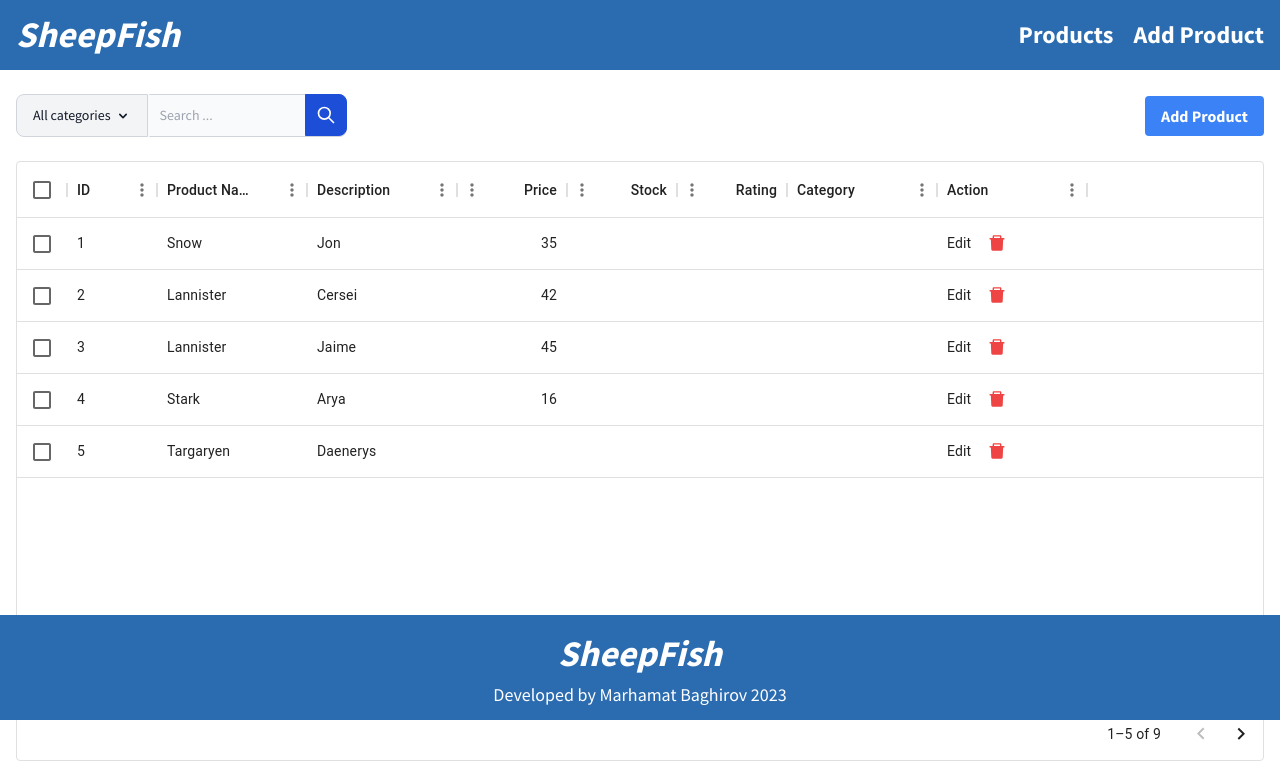
Repository: Marhamat92/sheep-fish-task
Page: /
These files come from the project's save history. The page is drawn as it stood at one moment and after the next save; the edit follows.
The browser window is 1280 px wide. The pictures show the whole page.
The project was rebuilt for these pictures with package versions that can differ from the ones it lists, and the page was loaded fresh each time. Also part of the build but not shown: src/App.css.

Above is the page before, as saved 2023-03-28 19:23:24.

### public/index.html
<!DOCTYPE html>
<html lang="en">

<head>
  <meta charset="utf-8" />
  <link rel="icon" href="%PUBLIC_URL%/favicon.ico" />
  <meta name="viewport" content="width=device-width, initial-scale=1" />
  <meta name="theme-color" content="#000000" />
  <meta name="description" content="Web site created using create-react-app" />
  <link rel="apple-touch-icon" href="%PUBLIC_URL%/logo192.png" />
  <link rel="preconnect" href="https://fonts.googleapis.com">
  <link rel="preconnect" href="https://fonts.gstatic.com" crossorigin>
  <link href="https://fonts.googleapis.com/css2?family=Source+Sans+Pro:wght@200;300;400;600;700;900&display=swap"
    rel="stylesheet">
  <!--
      manifest.json provides metadata used when your web app is installed on a
      user's mobile device or desktop. See https://developers.google.com/web/fundamentals/web-app-manifest/
    -->
  <link rel="manifest" href="%PUBLIC_URL%/manifest.json" />
  <!--
      Notice the use of %PUBLIC_URL% in the tags above.
      It will be replaced with the URL of the `public` folder during the build.
      Only files inside the `public` folder can be referenced from the HTML.

      Unlike "/favicon.ico" or "favicon.ico", "%PUBLIC_URL%/favicon.ico" will
      work correctly both with client-side routing and a non-root public URL.
      Learn how to configure a non-root public URL by running `npm run build`.
    -->
  <title>SheepFish</title>
</head>

<body>
  <noscript>You need to enable JavaScript to run this app.</noscript>
  <div id="root"></div>
  <!--
      This HTML file is a template.
      If you open it directly in the browser, you will see an empty page.

      You can add webfonts, meta tags, or analytics to this file.
      The build step will place the bundled scripts into the <body> tag.

      To begin the development, run `npm start` or `yarn start`.
      To create a production bundle, use `npm run build` or `yarn build`.
    -->
</body>

</html>

### src/index.css
@tailwind base;
@tailwind components;
@tailwind utilities;


body {
  font-family: 'Source Sans Pro', sans-serif;
}

code {
  font-family: 'Source Sans Pro', sans-serif;
}

### src/App.tsx
import React from "react";
import logo from "./logo.svg";
import "./App.css";
import Header from "./components/Header";
import Layout from "./Layout/Layout";
import BaseRouter from "./routes";

function App() {
  return (
    <div>
      <Layout>
        <BaseRouter />
      </Layout>
    </div>
  );
}

export default App;

### src/Layout/Layout.tsx
import React from "react";
import Header from "../components/Header";
import Footer from "../components/Footer";

type Props = {
  children: React.ReactNode;
};

const Layout = ({ children }: Props) => {
  return (
    <div>
      <Header />
      {children}
      <Footer />
    </div>
  );
};

export default Layout;

### src/routes.js
import { Route, Routes } from "react-router-dom";
import React from "react";
import ProductList from "./pages/Products/ProductList";
import AddProduct from "./pages/Products/AddProduct";

const BaseRouter = () => (
  <Routes>
    <Route exact path="/" element={
      <ProductList />
    } />
    <Route exact path="/products"
      element={
        <ProductList />
      }
    />
    <Route exact path="/products/add" element={
      <AddProduct />
    } />
  </Routes>
);

export default BaseRouter;

### src/components/Header.tsx
import React, { useEffect, useState } from "react";
import { Link } from "react-router-dom";
import { BiMenu } from "react-icons/bi";

type Props = {};

const Header = (props: Props) => {
  const [mobileMenu, setMobileMenu] = useState(false);
  const [showMobileMenu, setShowMobileMenu] = useState(false);

  const checkScreenSize = () => {
    if (window.innerWidth <= 768) {
      setMobileMenu(true);
    } else {
      setMobileMenu(false);
      setShowMobileMenu(false);
    }
  };

  useEffect(() => {
    checkScreenSize();
    window.addEventListener("resize", checkScreenSize);
    return () => {
      window.removeEventListener("resize", checkScreenSize);
    };
  }, [mobileMenu]);

  return (
    <div className=' bg-mainPrimary '>
      <div className='container flex flex-row justify-between items-center py-2'>
        <div>
          <h1
            className='
            text-4xl font-bold text-white italic
          '
          >
            SheepFish
          </h1>
        </div>
        {mobileMenu ? (
          <BiMenu
            onClick={() => {
              setShowMobileMenu(true);
            }}
            className='text-3xl text-white'
          />
        ) : (
          <div className='flex flex-row justify-between space-x-5'>
            <Link to='/products'>
              <div
                className='text-2xl font-bold text-white hover:underline transition-all duration-300
          cursor-pointer'
              >
                Products
              </div>
            </Link>
            <Link to='/products/add'>
              <div className='text-2xl font-bold text-white hover:underline transition-all duration-300 cursor-pointer'>
                Add Product
              </div>
            </Link>
          </div>
        )}
        {showMobileMenu && (
          <div className='bg-mainTertiary h-screen absolute top-0 left-0 right-0 '>
            <div className='flex flex-col justify-center items-center'>
              <div className='text-2xl font-bold text-white hover:underline transition-all duration-300 cursor-pointer'>
                Products
              </div>
              <div className='text-2xl font-bold text-white hover:underline transition-all duration-300 cursor-pointer'>
                Add Product
              </div>
            </div>
          </div>
        )}
      </div>
    </div>
  );
};

export default Header;

### src/components/Footer.tsx
import React from "react";

type Props = {};

const Footer = ({}: Props) => {
  return (
    <div className='bg-mainPrimary py-3 absolute bottom-0 w-full'>
      <div className='container mx-auto flex flex-col items-center justify-center'>
        <h1 className='text-4xl font-bold text-white italic text-center'>
          SheepFish
        </h1>
        <p className='text-white font-regular text-lg text-center'>
          Developed by Marhamat Baghirov {new Date().getFullYear()}
        </p>
      </div>
    </div>
  );
};

export default Footer;

### src/pages/Products/ProductList.tsx
import React from "react";
import SearchField from "../../components/SearchField";
import ListTable from "../../components/ListTable";

type Props = {};

function ProductList({}: Props) {
  const rows = [
    { id: 1, name: "Snow", description: "Jon", price: 35 },
    { id: 2, name: "Lannister", description: "Cersei", price: 42 },
    { id: 3, name: "Lannister", description: "Jaime", price: 45 },
    { id: 4, name: "Stark", description: "Arya", price: 16 },
    { id: 5, name: "Targaryen", description: "Daenerys", price: null },
    { id: 6, name: "Melisandre", description: null, price: 150 },
    { id: 7, name: "Clifford", description: "Ferrara", price: 44 },
    { id: 8, name: "Frances", description: "Rossini", price: 36 },
    { id: 9, name: "Roxie", description: "Harvey", price: 65 },
  ];

  return (
    <div className='container mt-6'>
      <div className='flex justify-between items-center'>
        <div>
          <SearchField />
        </div>
        <div>
          <button className='bg-blue-500 hover:bg-blue-700 text-white font-bold py-2 px-4 rounded'>
            Add Product
          </button>
        </div>
      </div>
      <div className='mt-6'>
        <ListTable dataRows={rows} />
      </div>
    </div>
  );
}

export default ProductList;

### src/components/SearchField.tsx
import React from "react";

type Props = {};

const SearchField = (props: Props) => {
  return (
    <form className=''>
      <div className='flex'>
        <label
          htmlFor='search-dropdown'
          className='mb-2 text-sm font-medium text-gray-900 sr-only dark:text-white'
        >
          Your Email
        </label>
        <button
          id='dropdown-button'
          data-dropdown-toggle='dropdown'
          className='flex-shrink-0 z-10 inline-flex items-center py-2.5 px-4 text-sm font-medium text-center text-gray-900 bg-gray-100 border border-gray-300 rounded-l-lg hover:bg-gray-200 focus:ring-4 focus:outline-none focus:ring-gray-100 dark:bg-gray-700 dark:hover:bg-gray-600 dark:focus:ring-gray-700 dark:text-white dark:border-gray-600'
          type='button'
          onClick={() => {
            document.getElementById("dropdown")?.classList.toggle("hidden");

            document
              .getElementById("dropdown-button")
              ?.classList.toggle("h-10");
          }}
        >
          All categories{" "}
          <svg
            aria-hidden='true'
            className='w-4 h-4 ml-1'
            fill='currentColor'
            viewBox='0 0 20 20'
            xmlns='http://www.w3.org/2000/svg'
          >
            <path
              fillRule='evenodd'
              d='M5.293 7.293a1 1 0 011.414 0L10 10.586l3.293-3.293a1 1 0 111.414 1.414l-4 4a1 1 0 01-1.414 0l-4-4a1 1 0 010-1.414z'
              clipRule='evenodd'
            ></path>
          </svg>
        </button>
        <div
          id='dropdown'
          className='z-10 fixed hidden bg-white divide-y divide-gray-100 rounded-lg shadow w-44 dark:bg-gray-700'
        >
          <ul
            className='py-2 text-sm text-gray-700 dark:text-gray-200'
            aria-labelledby='dropdown-button'
          >
            <li>
              <button
                type='button'
                className='inline-flex w-full px-4 py-2 hover:bg-gray-100 dark:hover:bg-gray-600 dark:hover:text-white'
              >
                Mockups
              </button>
            </li>
            <li>
              <button
                type='button'
                className='inline-flex w-full px-4 py-2 hover:bg-gray-100 dark:hover:bg-gray-600 dark:hover:text-white'
              >
                Templates
              </button>
            </li>
            <li>
              <button
                type='button'
                className='inline-flex w-full px-4 py-2 hover:bg-gray-100 dark:hover:bg-gray-600 dark:hover:text-white'
              >
                Design
              </button>
            </li>
            <li>
              <button
                type='button'
                className='inline-flex w-full px-4 py-2 hover:bg-gray-100 dark:hover:bg-gray-600 dark:hover:text-white'
              >
                Logos
              </button>
            </li>
          </ul>
        </div>
        <div className='relative w-full'>
          <input
            type='search'
            id='search-dropdown'
            className='block p-2.5 w-full z-20 text-sm text-gray-900 bg-gray-50 rounded-r-lg border-l-gray-50 border-l-2 border border-gray-300    dark:placeholder-gray-400 dark:text-white  focus:ring-transparent first-letter:
            focus:ring-4 focus:outline-none focus:ring-blue-300 dark:bg-gray-600
            '
            placeholder='Search ...'
            required
          />
          <button
            type='submit'
            className='absolute top-0 right-0 p-2.5 text-sm font-medium text-white bg-blue-700 rounded-r-lg border border-blue-700 hover:bg-blue-800 focus:ring-4 focus:outline-none focus:ring-blue-300 dark:bg-blue-600 dark:hover:bg-blue-700 dark:focus:ring-blue-800'
          >
            <svg
              aria-hidden='true'
              className='w-5 h-5'
              fill='none'
              stroke='currentColor'
              viewBox='0 0 24 24'
              xmlns='http://www.w3.org/2000/svg'
            >
              <path
                strokeLinecap='round'
                strokeLinejoin='round'
                strokeWidth='2'
                d='M21 21l-6-6m2-5a7 7 0 11-14 0 7 7 0 0114 0z'
              ></path>
            </svg>
            <span className='sr-only'>Search</span>
          </button>
        </div>
      </div>
    </form>
  );
};

export default SearchField;

### src/components/ListTable.tsx
import React from "react";
import Box from "@mui/material/Box";
import { DataGrid, GridColDef, GridValueGetterParams } from "@mui/x-data-grid";
import { Link } from "react-router-dom";
import { AiFillDelete } from "react-icons/ai";

type Props = {
  dataRows: any;
};

const ListTable = ({ dataRows }: Props) => {
  const columns: GridColDef[] = [
    { field: "id", headerName: "ID", width: 90 },
    {
      field: "name",
      headerName: "Product Name",
      width: 150,
      editable: true,
    },
    {
      field: "description",
      headerName: "Description",
      width: 150,
      editable: true,
    },
    {
      field: "price",
      headerName: "Price",
      type: "number",
      width: 110,
      editable: true,
    },
    {
      field: "stock",
      headerName: "Stock",
      type: "number",
      width: 110,
      editable: true,
    },
    {
      field: "rating",
      headerName: "Rating",
      type: "number",
      width: 110,
      editable: true,
    },
    {
      field: "category",
      headerName: "Category",
      width: 150,
      editable: true,
    },

    {
      field: "action",
      headerName: "Action",
      width: 150,
      renderCell: (params) => {
        return (
          <div className='flex flex-row items-center'>
            <Link to={"/product/" + params.row.id}>
              <button className='productListEdit'>Edit</button>
            </Link>
            <AiFillDelete
              onClick={() => {
                removeProduct(params.row.id);
              }}
              className='text-xl text-red-500 cursor-pointer ml-4'
            />
          </div>
        );
      },
    },
  ];

  const removeProduct = (id: any) => {
    console.log(id);
  };

  return (
    <Box sx={{ height: 600, width: "100%" }}>
      <DataGrid
        rows={dataRows}
        columns={columns}
        initialState={{
          pagination: {
            paginationModel: {
              pageSize: 5,
            },
          },
        }}
        pageSizeOptions={[5]}
        checkboxSelection
        disableRowSelectionOnClick
      />
    </Box>
  );
};

export default ListTable;

### tailwind.config.js
/** @type {import('tailwindcss').Config} */
module.exports = {
  content: ["./src/**/*.{js,jsx,ts,tsx}",],
  theme: {
    extend: {
      colors: {
        "textPrimary": "#1a202c",
        "textSecondary": "#2d3748",
        "textTertiary": "#4a5568",
        "mainPrimary": "#2b6cb0",
        "mainSecondary": "#4299e1",
        "mainTertiary": "#63b3ed",
        "success": "#48bb78",
        "danger": "#e53e3e",
        "warning": "#dd6b20",
        "info": "#3182ce",
        "light": "#f7fafc",
        "dark": "#1a202c",
        "white": "#fff",
        "black": "#000",
        //close this
      },
      fontFamily: {
        sans: ["Roboto", "sans-serif"],
      },
      fontSize: {
        "xs": ".75rem",
        "sm": ".875rem",
        "tiny": ".875rem",
        "base": "1rem",
        "lg": "1.125rem",
        "xl": "1.25rem",
        "2xl": "1.5rem",
        "3xl": "1.875rem",
        "4xl": "2.25rem",
        "5xl": "3rem",
        "6xl": "4rem",
        "7xl": "5rem",
        "8xl": "6rem",
        "9xl": "7rem",
        "10xl": "8rem",
      },
      spacing: {
        "0": "0",
        "1": "0.25rem",
        "2": "0.5rem",
        "3": "0.75rem",
        "4": "1rem",
        "5": "1.25rem",
        "6": "1.5rem",
        "8": "2rem",
      },
      boxShadow: {
        "xs": "0 0 0 1px rgba(0, 0, 0, 0.05)",
        "sm": "0 1px 2px 0 rgba(0, 0, 0, 0.05)",
        "default": "0 1px 3px 0 rgba(0, 0, 0, 0.1), 0 1px 2px 0 rgba(0, 0, 0, 0.06)",
        "md": "0 4px 6px -1px rgba(0, 0, 0, 0.1), 0 2px 4px -1px rgba(0, 0, 0, 0.06)",
        "lg": "0 10px 15px -3px rgba(0, 0, 0, 0.1), 0 4px 6px -2px rgba(0, 0, 0, 0.05)",
        "xl": "0 20px 25px -5px rgba(0, 0, 0, 0.1), 0 10px 10px -5px rgba(0, 0, 0, 0.04)",
        "2xl": "0 25px 50px -12px rgba(0, 0, 0, 0.25)",
      },
      screens: {
        "xs": "320px",
        "sm": "640px",
        "md": "768px",
        "lg": "1024px",
        "xl": "1280px",
        "2xl": "1536px",
      },

      container: {
        center: true,
        padding: "1rem",
      },

    },
    plugins: [




    ],
  }
}

Loaded but not shown: src/index.tsx (common file); src/reportWebVitals.ts (common file); src/pages/Products/AddProduct.tsx (no stored copy; drawn as an empty file)

After the next save:
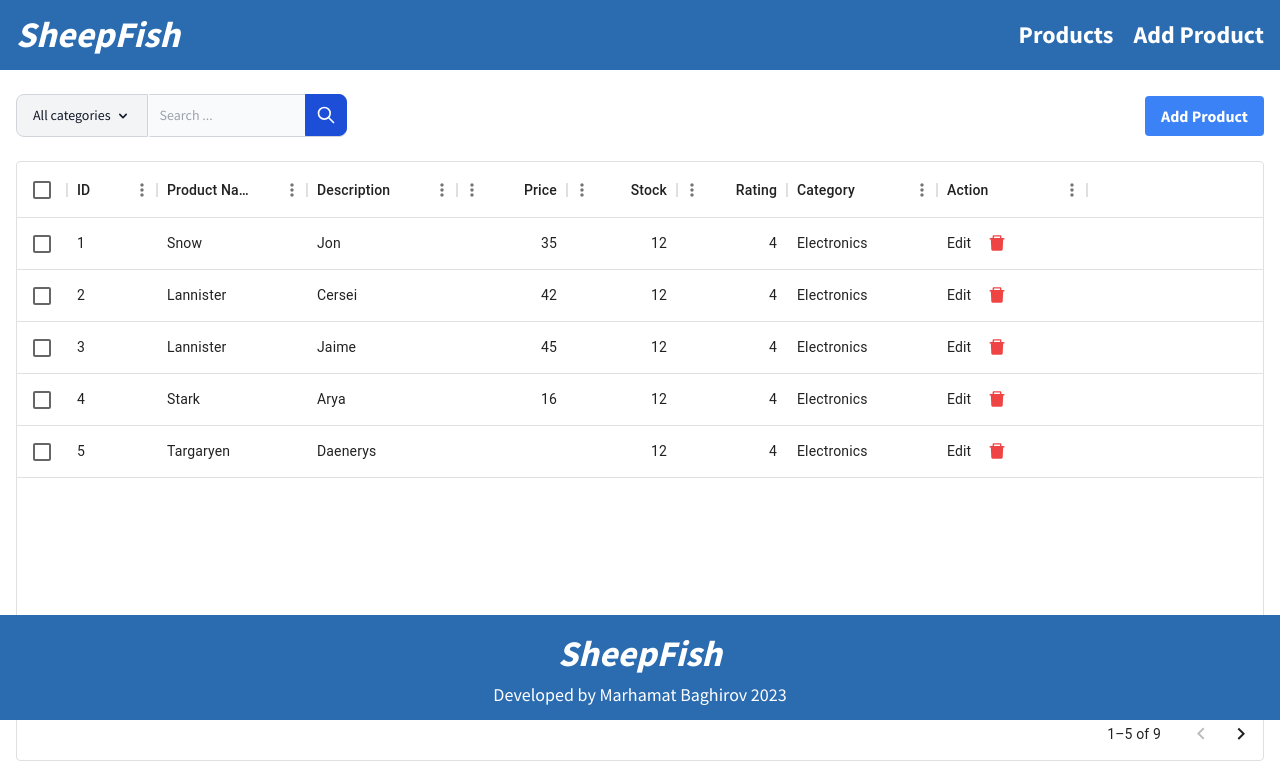
Saved 74 s later.
--- a/src/pages/Products/ProductList.tsx
+++ b/src/pages/Products/ProductList.tsx
@@ -6,15 +6,87 @@
 
 function ProductList({}: Props) {
   const rows = [
-    { id: 1, name: "Snow", description: "Jon", price: 35 },
-    { id: 2, name: "Lannister", description: "Cersei", price: 42 },
-    { id: 3, name: "Lannister", description: "Jaime", price: 45 },
-    { id: 4, name: "Stark", description: "Arya", price: 16 },
-    { id: 5, name: "Targaryen", description: "Daenerys", price: null },
-    { id: 6, name: "Melisandre", description: null, price: 150 },
-    { id: 7, name: "Clifford", description: "Ferrara", price: 44 },
-    { id: 8, name: "Frances", description: "Rossini", price: 36 },
-    { id: 9, name: "Roxie", description: "Harvey", price: 65 },
+    {
+      id: 1,
+      name: "Snow",
+      description: "Jon",
+      price: 35,
+      stock: 12,
+      rating: 4,
+      category: "Electronics",
+    },
+    {
+      id: 2,
+      name: "Lannister",
+      description: "Cersei",
+      price: 42,
+      stock: 12,
+      rating: 4,
+      category: "Electronics",
+    },
+    {
+      id: 3,
+      name: "Lannister",
+      description: "Jaime",
+      price: 45,
+      stock: 12,
+      rating: 4,
+      category: "Electronics",
+    },
+    {
+      id: 4,
+      name: "Stark",
+      description: "Arya",
+      price: 16,
+      stock: 12,
+      rating: 4,
+      category: "Electronics",
+    },
+    {
+      id: 5,
+      name: "Targaryen",
+      description: "Daenerys",
+      price: null,
+      stock: 12,
+      rating: 4,
+      category: "Electronics",
+    },
+    {
+      id: 6,
+      name: "Melisandre",
+      description: null,
+      price: 150,
+      stock: 12,
+      rating: 4,
+      category: "Electronics",
+    },
+    {
+      id: 7,
+      name: "Clifford",
+      description: "Ferrara",
+      price: 44,
+      stock: 12,
+      rating: 4,
+      category: "Electronics",
+    },
+    {
+      id: 8,
+      name: "Frances",
+      description: "Rossini",
+      price: 36,
+      stock: 12,
+      rating: 4,
+      category: "Electronics",
+    },
+    {
+      id: 9,
+      name: "Roxie",
+      description: "Harvey",
+      price: 65,
+      stock: 12,
+      rating: 4,
+      category: "Electronics",
+    },
   ];
 
   return (
